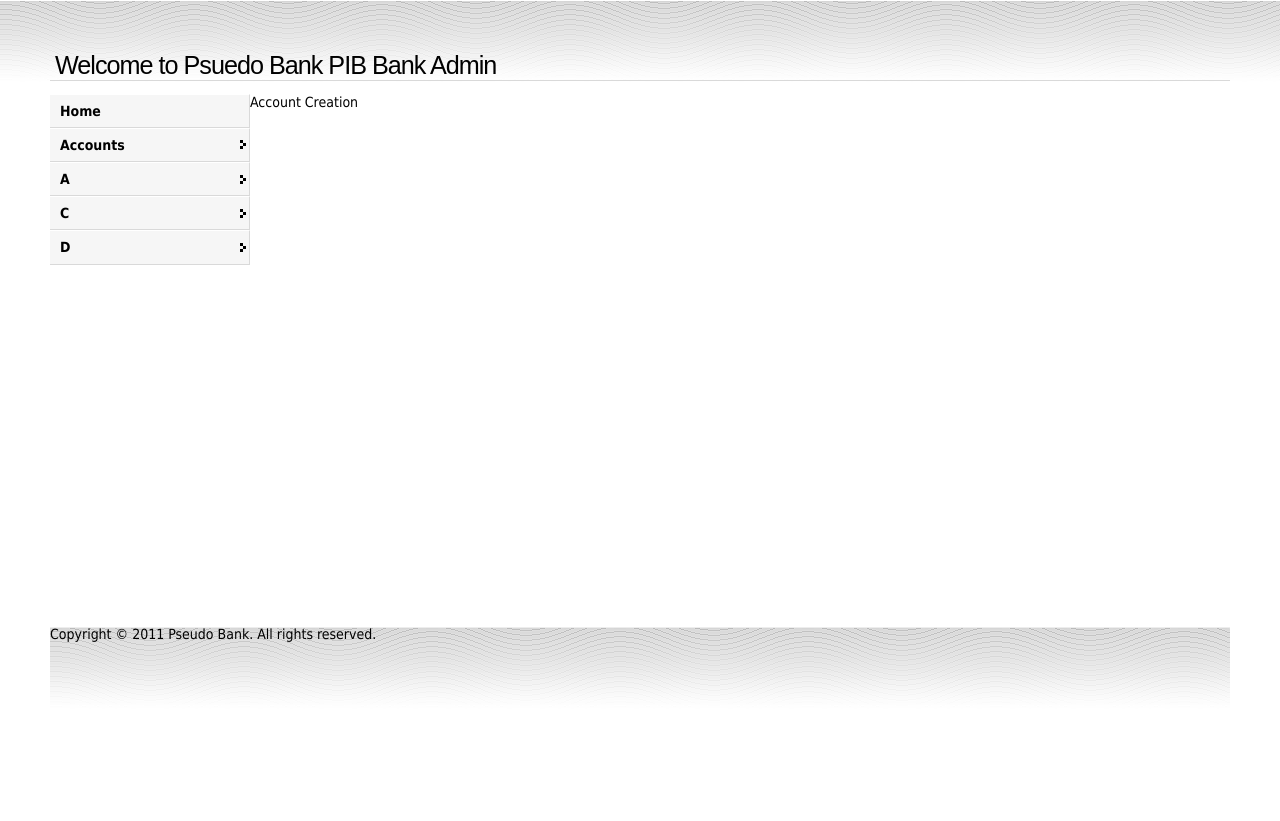
Repository: hareth12/Final-Year-Project
Page: http://localhost/bankAdmin/Account/accountCreation1.jsp
An editor plug-in stored every save of this project. The page is shown before and after the next save, followed by the edit.
The browser window is 1280 px wide. The pictures show the whole page.
The page is served by Tomcat 9. Other server files are loaded and not shown.

Above is the page before, as saved 2011-09-30 01:55:34.

### bankAdmin/WebContent/Account/accountCreation1.jsp
<!DOCTYPE html PUBLIC "-//W3C//DTD XHTML 1.0 Transitional//EN" "http://www.w3.org/TR/xhtml1/DTD/xhtml1-transitional.dtd">
<html xmlns="http://www.w3.org/1999/xhtml" xml:lang="en" lang="en">
<head>
<title>Psuedo Bank Personal Internal Banking</title>
<meta http-equiv="Content-Type" content="text/html; charset=utf-8" />
<meta name="author" content="Tom@Lwis (http://www.lwis.net/free-css-drop-down-menu/)" />
<meta name="keywords" content="css, dropdowns, dropdown menu, drop-down, menu, navigation, nav, horizontal, vertical left-to-right, vertical right-to-left, horizontal linear, horizontal upwards, cross browser, internet explorer, ie, firefox, safari, opera, browser, lwis" />
<meta name="description" content="Simple vertical left-to-right direction css drop-down menu demo using clean, standards-friendly, free, easy, cross browser framework for css drop-down menus" />
<link href="/pib/asset/secured/helper.css" media="screen" rel="stylesheet" type="text/css" />

<style type="text/css">

/* Layout */
@import "/pib/asset/secured/dropdown.css";
@import "/pib/asset/secured/dropdown.vertical.css";

/* Theme */
@import "/pib/asset/secured/default.css";

</style>


</head>
<body>
<div id="wrap">  <!-- This wrap div needs to encompass everything except the footer div at bottom -->
<h1>Welcome to Psuedo Bank PIB Bank Admin</h1>

<ul id="nav" class="dropdown dropdown-vertical">
    <li><a href="#">Home</a></li>
    <li class="dir">Accounts
        <ul>
            <li><a href="/bankAdmin/AccountCreation">Accounts Creation</a></li>
            <li><a href="#">Accounts Enquiry</a></li>
                <ul>
                    <li><a href="./">1</a></li>
                    <li><a href="./">2</a></li>
                    <li><a href="./">3</a></li>
                    <li><a href="./">4</a></li>
                    <li><a href="./">5</a></li>
                </ul>
            </li>
        </ul>
    </li>
    <li class="dir">A
        <ul>
            <li><a href="#">1</a></li>
            <li><a href="#">2</a></li>
            <li><a href="#">3</a></li>
        </ul>
    </li>
    <li class="dir">C
        <ul>
            <li><a href="./">1</a></li>
            <li><a href="./">2</a></li>
            <li><a href="./">3</a></li>
        </ul>
    </li>
    <li class="dir">D</a>
        <ul>
            <li><a href="./">1</a></li>
        </ul>
    </li>
</ul>
	<div id="main">
	Account Creation
	<br></br>




	</div>

</div>

<div class="footer">
	<div id="foot"> <!-- this extra div is just centering the fixed width area of the footer content -->

    <p>Copyright &copy; 2011 Pseudo Bank. All rights reserved.</p>
    </div>
</div>

</body>


</html>

### bankAdmin/WebContent/asset/secured/helper.css

* {
 margin: 0;
 padding: 0;
}

body {
 padding: 50px;
 border-top: solid 1px #fff;
 background: #fff url(images/pattern1.png) 0 0 repeat-x;
 font: 14px/normal Tahoma, Arial, Helvetica, sans-serif;
}

html, body{height: 100%;}

#wrap {min-height: 80%;}

#main {overflow:auto;
    padding-bottom: 20%;}  /* must be same height as the footer */

footer {

 position: relative;
 margin-top: -20%;
 height: 20%;
 clear:both;
 text-align: center;
 width:100%;
}

/* Footer */
#footer {background: #444444 url('images/footer.gif') repeat-x;color:#ffffff;font-size:11px;font-family:Verdana, Arial, sans-serif}
#footer2 {background-color: #444444;color:#ffffff;font-size:11px;font-family:Verdana, Arial, sans-serif;height:140px}
#footer a, #footer2 a {color:#ffffff;text-decoration:underline}
#footer a:hover, #footer2 a:hover {color:#804249;text-decoration:underline}
#footer a:visited, #footer2 a:visited  {color:#ffffff;text-decoration:underline}
#footer p, #footer2 p {margin:0 0 15px 0}
#footer p.axe img, #footer2 p.axe img {margin-bottom:-7px}
#foot {width:100%;margin:0 auto;background: url('images/pattern1.png') repeat-x;height:140px;line-height:1.1em;padding: 0;}
#foot2 {width:800px;margin:0 auto;height:140px;line-height:1.1em;padding:0 10px 0 10px}
#foot #left {width:400px;float:left;padding-top:72px}
#foot #right {width:250px;float:right;text-align:right;padding-top:72px}
#foot2 #left {width:450px;float:left;padding-top:45px}
#foot2 #right {width:250px;float:right;text-align:right;padding-top:45px}

.clearfix:after {content: ".";display: block;height: 0;clear: both;visibility: hidden}
.clearfix {display: inline-block}
* html .clearfix {height: 1%}
.clearfix {display: block}


p { margin-bottom: 1em; }

ul.classic {
 list-style: disc;
 margin-bottom: 1em;
 padding-left: 2em;
}

h1,h2,h3 {
 margin-bottom: .5em;
 font-family: Arial, Helvetica, sans-serif;
 line-height: normal;
}

h1 {
 border-bottom: solid 1px #d9d9d9;
 font-weight: normal;
 font-size: 180%;
 text-indent: 5px;
 letter-spacing: -1px;
}

.dropdown-upward {
 margin-top: 400px !important;
}

### bankAdmin/WebContent/asset/secured/dropdown.css
@charset "UTF-8";

/**
 * Horizontal CSS Drop-Down Menu Module
 *
 * @file        dropdown.css
 * @package     Dropdown
 * @version     0.7.1
 * @type        Transitional
 * @stacks      597-599
 * @browsers    Windows: IE6+, Opera7+, Firefox1+
 *              Mac OS: Safari2+, Firefox2+
 *
 * @link        http://www.lwis.net/
 * @copyright   2006-2008 Live Web Institute. All Rights Reserved.
 *
 */

ul.dropdown,
ul.dropdown li,
ul.dropdown ul {
 list-style: none;
 margin: 0;
 padding: 0;
}

ul.dropdown {
 position: relative;
 z-index: 597;
 float: left;
}

ul.dropdown li {
 float: left;
 line-height: 1.3em;
 vertical-align: middle;
 zoom: 1;
}

ul.dropdown li.hover,
ul.dropdown li:hover {
 position: relative;
 z-index: 599;
 cursor: default;
}

ul.dropdown ul {
 visibility: hidden;
 position: absolute;
 top: 100%;
 left: 0;
 z-index: 598;
 width: 100%;
}

ul.dropdown ul li {
 float: none;
}

ul.dropdown ul ul {
 top: 1px;
 left: 99%;
}

ul.dropdown li:hover > ul {
 visibility: visible;
}

### bankAdmin/WebContent/asset/secured/dropdown.vertical.css
@charset "UTF-8";

/**
 * Vertical Left-to-Right Direction CSS Drop-Down Menu Component
 *
 * @file		dropdown.vertical.css
 * @package		Dropdown
 * @version		0.3
 * @type		Transitional
 * @requires	dropdown.css
 * @browsers	Windows: IE5+, Opera7+, Firefox1+
 *				Mac OS: Safari2+, Firefox2+
 *
 * @link		http://www.lwis.net/
 * @copyright	2006-2008 Live Web Institute. All Rights Reserved.
 *
 */

@import "dropdown.css";

ul.dropdown-vertical {
 width: 200px;
}

ul.dropdown-vertical ul {
 top: 1px;
 left: 99%;
}

ul.dropdown-vertical li {
 float: none;
}

### bankAdmin/WebContent/asset/secured/default.css
@charset "UTF-8";

/**
 * Default CSS Drop-Down Menu Theme
 *
 * @file		default.css
 * @name		Default
 * @version		0.1.1
 * @type		transitional
 * @browsers	Windows: IE5+, Opera7+, Firefox1+
 *				Mac OS: Safari2+, Firefox2+
 *
 * @link		http://www.lwis.net/
 * @copyright	2008 Live Web Institute. All Rights Reserved.
 *
 * Module Classes: *.dir {} *.on {} *.open {} li.hover {} li.first {} li.last {}
 * Expected directory tag - li
 *
 */


/*-------------------------------------------------/
 * @section		Base Drop-Down Styling
 * @structure	ul (unordered list)
 *				ul li (list item)
 *				ul li a (links)
 *				/*\.class|(li|a):hover/
 * @level sep	ul
 */


ul.dropdown {
 font-weight: bold;
}

	ul.dropdown li {
	 padding: 7px 10px;
	 border-style: solid;
	 border-width: 1px 1px 1px 0;
	 border-color: #fff #d9d9d9 #d9d9d9;
	 background-color: #f6f6f6;
	 color: #000;
	}

	ul.dropdown li.hover,
	ul.dropdown li:hover {
	 background-color: #eee;
	 color: #000;
	}

	ul.dropdown a:link,
	ul.dropdown a:visited	{ color: #000; text-decoration: none; }
	ul.dropdown a:hover		{ color: #000; }
	ul.dropdown a:active	{ color: #ffa500; }


	/* -- level mark -- */

	ul.dropdown ul {
	 width: 150px;
	 margin-top: 1px;
	}

		ul.dropdown ul li {
		 font-weight: normal;
		}



/*-------------------------------------------------/
 * @section		Support Class `dir`
 * @level sep	ul, .class
 */


ul.dropdown *.dir {
 padding-right: 20px;
 background-image: url(../secured/images/nav-arrow-down.png);
 background-position: 100% 50%;
 background-repeat: no-repeat;
}


/* -- Components override -- */

ul.dropdown-horizontal ul *.dir {
 padding-right: 15px;
 background-image: url(../secured/images/nav-arrow-right.png);
 background-position: 100% 50%;
 background-repeat: no-repeat;
}

ul.dropdown-upward *.dir {
 background-image: url(../secured/images/nav-arrow-top.png);
}

ul.dropdown-vertical *.dir,
ul.dropdown-upward ul *.dir {
 background-image: url(../secured/images/nav-arrow-right.png);
}

ul.dropdown-vertical-rtl *.dir {
 padding-right: 10px;
 padding-left: 15px;
 background-image: url(../secured/images/nav-arrow-left.png);
 background-position: 0 50%;
}

After the next save:
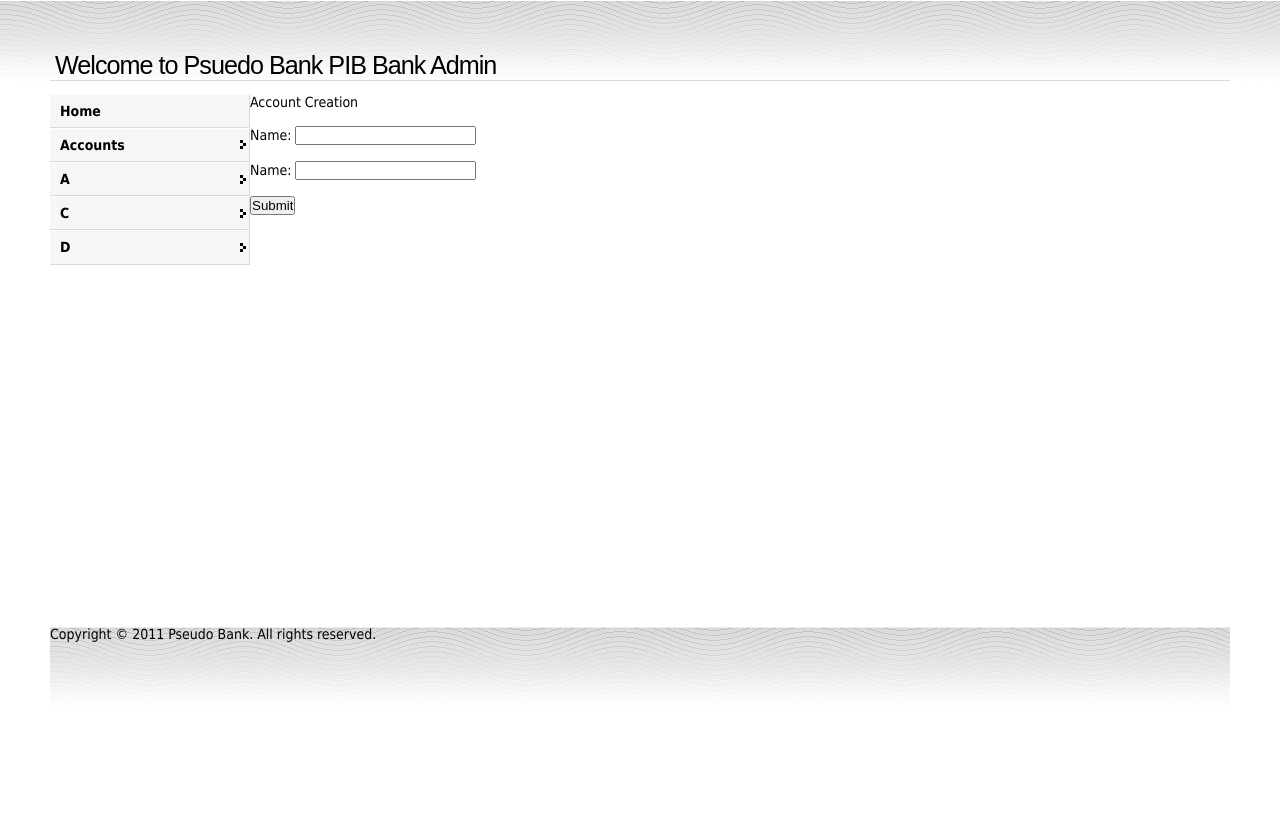
Saved 7 min 8 s later.
--- a/bankAdmin/WebContent/Account/accountCreation1.jsp
+++ b/bankAdmin/WebContent/Account/accountCreation1.jsp
@@ -65,6 +65,12 @@
 	Account Creation
 	<br></br>
 
+		<form name="input" action="html_form_action.asp" method="get">
+		Name: <input type="text" name="user" /> <br></br>
+		Name: <input type="text" name="user" /> <br></br>
+		<input type="submit" value="Submit" />
+		</form>
+
 
 
 
